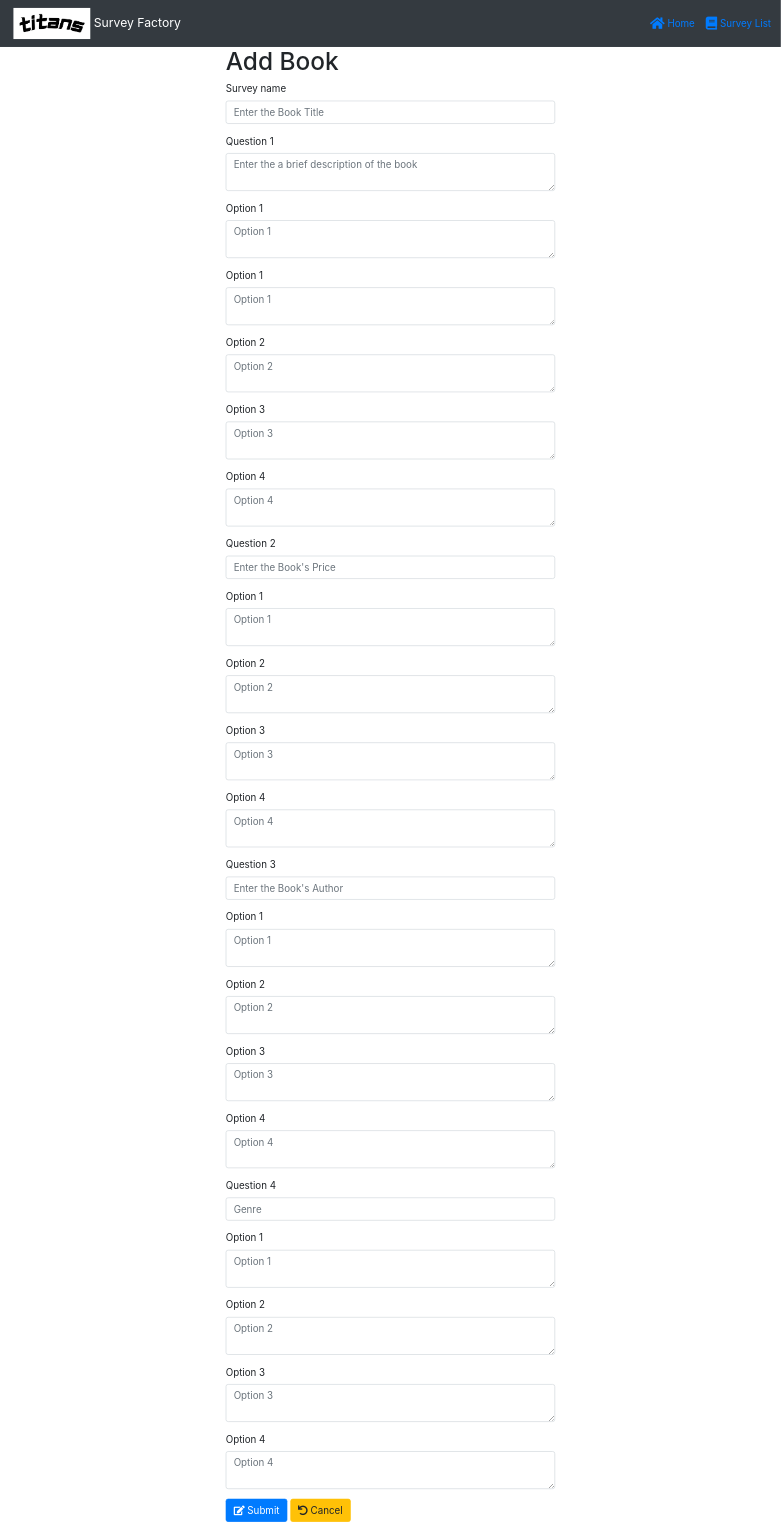
Repository: lord-NAVY/titans
Page: http://localhost/book-list/add
An editor plug-in stored every save of this project. The page is shown before and after the next save, followed by the edit.
The browser window is 1280 px wide. The pictures show the whole page, at 61% of full size.
The page is served by the project's Node server (server.js).

Above is the page before, as saved 2021-11-09 22:02:26.

After the next save:
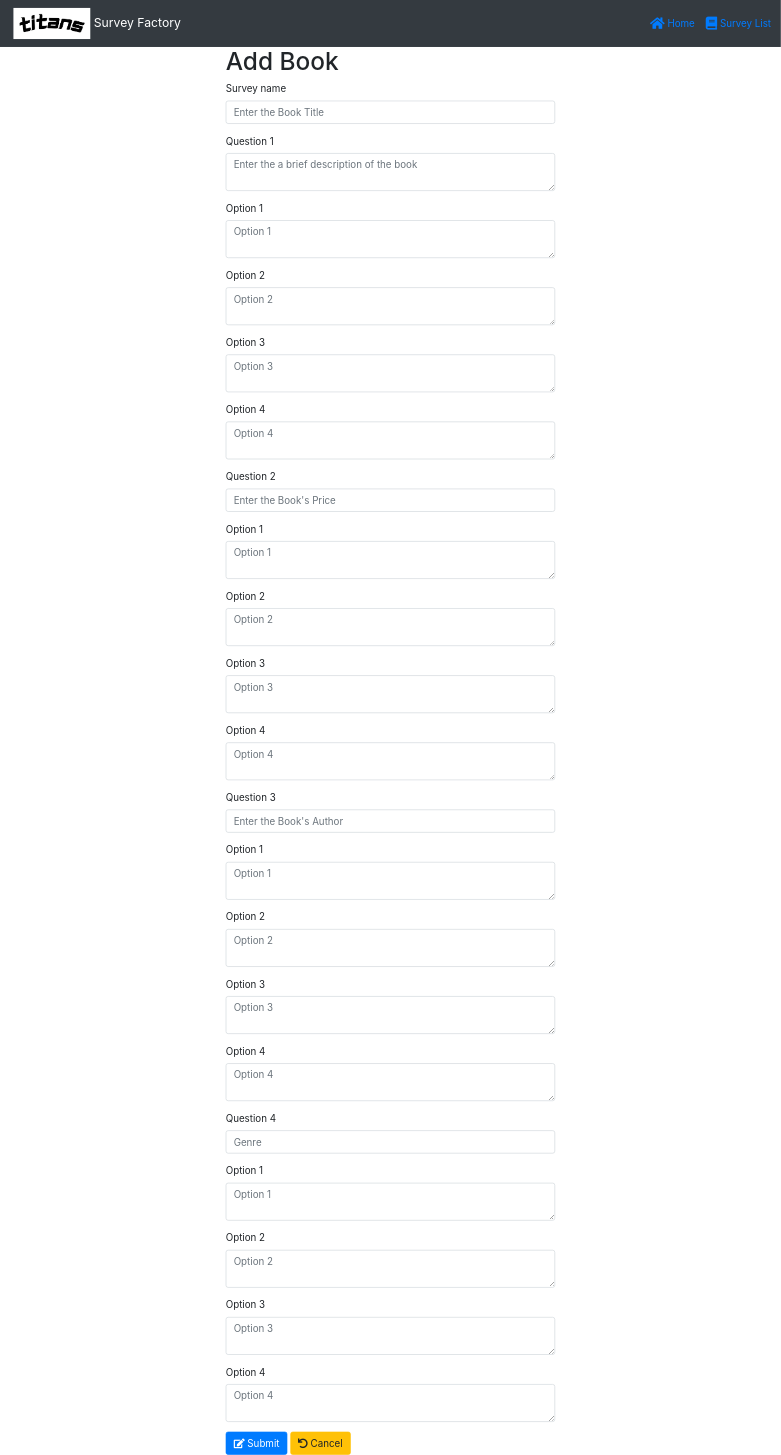
Saved 3 min 29 s later.
--- a/server/views/book/details.ejs
+++ b/server/views/book/details.ejs
@@ -23,14 +23,6 @@
                     id="descriptionTextArea"
                     placeholder="Enter the a brief description of the book"
                     name="Description" required></textarea>
-                </div>
-
-                 <div class="form-group">
-                    <label for="OptionTextArea">Option 1</label>
-                    <textarea type="text" class="form-control"
-                    id="OptionTextArea"
-                    placeholder="Option 1"
-                    name="Option1" required></textarea>
                 </div>
 
                  <!--Options for question 1-->
